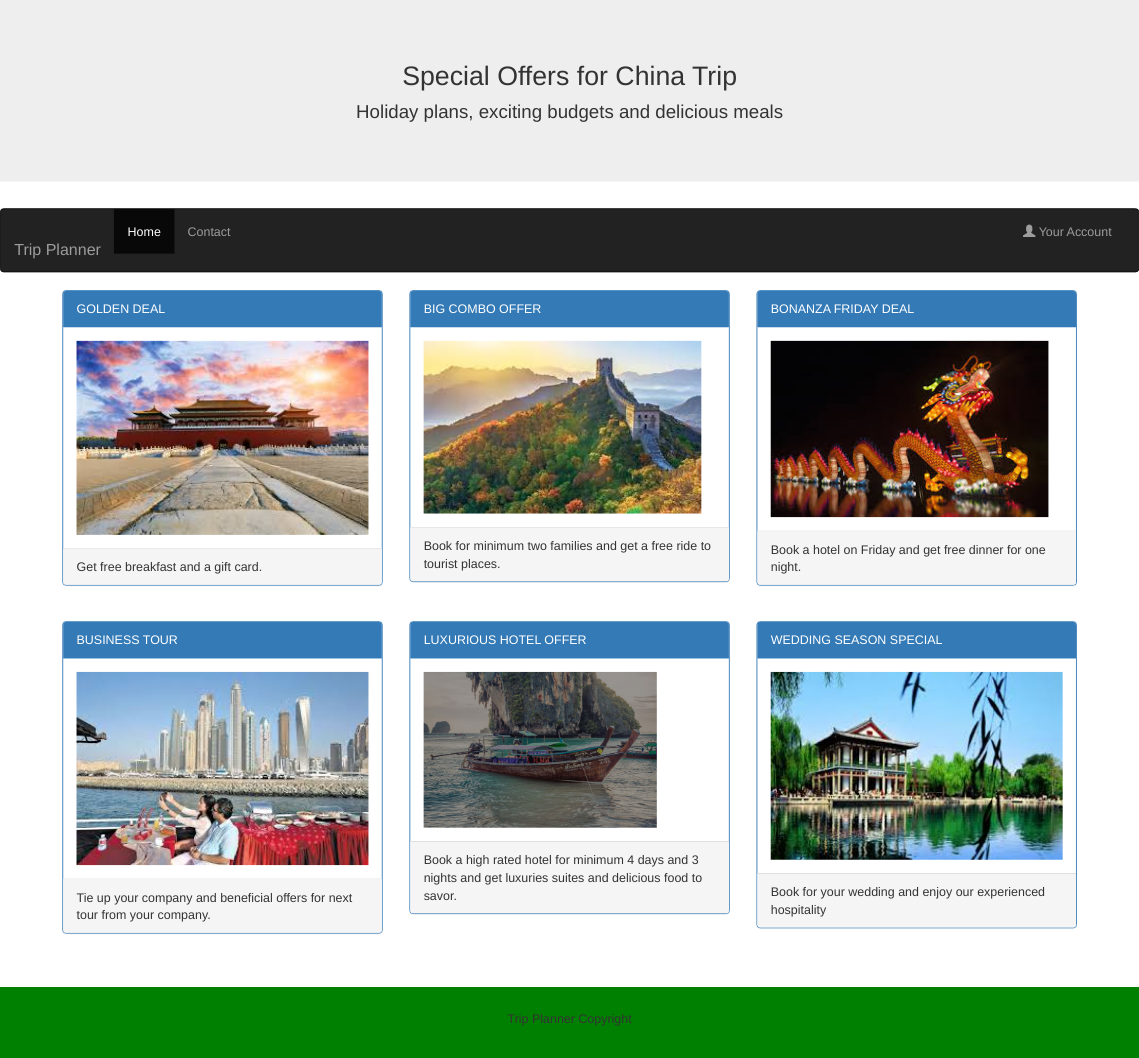
Repository: NanSin21/Mytourism-Website
Page: http://localhost/toursandtravelsmanagement/TripPlaces/CustomerSahara.jsp
An editor plug-in stored every save of this project. The page is shown before and after the next save, followed by the edit.
The browser window is 1280 px wide. The pictures show the whole page, at 89% of full size.
The page is served by Tomcat 9.

Above is the page before, as saved 2018-07-25 07:03:34.

After the next save:
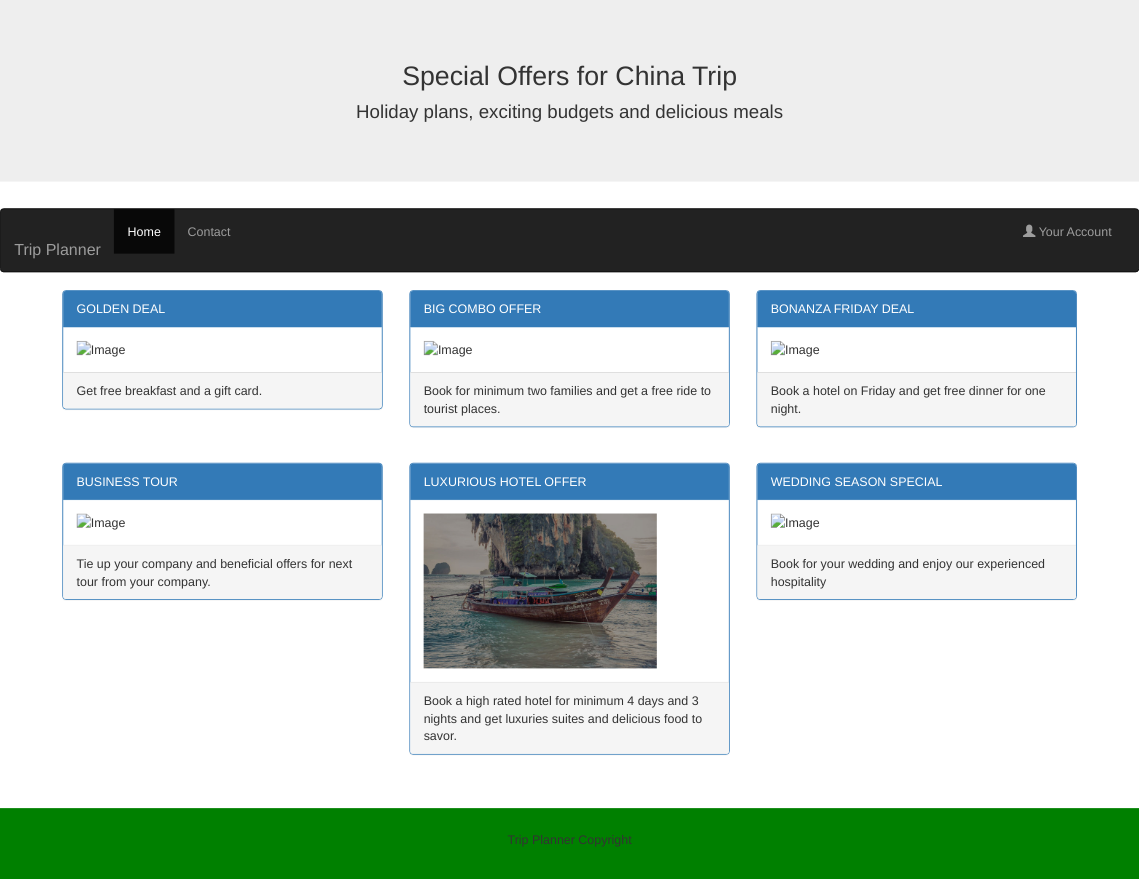
Saved 3 s later.
--- a/toursandtravelsmanagement/WebContent/TripPlaces/CustomerSahara.jsp
+++ b/toursandtravelsmanagement/WebContent/TripPlaces/CustomerSahara.jsp
@@ -65,21 +65,21 @@
     <div class="col-sm-4">
       <div class="panel panel-primary">
         <div class="panel-heading">GOLDEN DEAL</div>
-        <div class="panel-body"><img src="images/download.jpeg" class="img-responsive" style="width:100%" alt="Image"></div>
+        <div class="panel-body"><img src="" class="img-responsive" style="width:100%" alt="Image"></div>
         <div class="panel-footer">Get free breakfast and a gift card.</div>
       </div>
     </div>
     <div class="col-sm-4">
       <div class="panel panel-primary">
         <div class="panel-heading">BIG COMBO OFFER</div>
-        <div class="panel-body"><img src="images/download (1).jpeg" class="img-responsive" style="width:95%" alt="Image"></div>
+        <div class="panel-body"><img src="" class="img-responsive" style="width:95%" alt="Image"></div>
         <div class="panel-footer">Book for minimum two families and get a free ride to tourist places.</div>
       </div>
     </div>
     <div class="col-sm-4">
       <div class="panel panel-primary">
         <div class="panel-heading">BONANZA FRIDAY DEAL</div>
-        <div class="panel-body"><img src="images/download (2).jpeg" class="img-responsive" style="width:95%" alt="Image"></div>
+        <div class="panel-body"><img src="" class="img-responsive" style="width:95%" alt="Image"></div>
         <div class="panel-footer">Book a hotel on Friday and get free dinner for one night.</div>
       </div>
     </div>
@@ -91,7 +91,7 @@
     <div class="col-sm-4">
       <div class="panel panel-primary">
         <div class="panel-heading">BUSINESS TOUR</div>
-        <div class="panel-body"><img src="images/restaurant.jpeg" class="img-responsive" style="width:100%" alt="Image"></div>
+        <div class="panel-body"><img src="" class="img-responsive" style="width:100%" alt="Image"></div>
         <div class="panel-footer">Tie up your company and beneficial offers for next tour from your company.</div>
       </div>
     </div>
@@ -105,7 +105,7 @@
     <div class="col-sm-4">
       <div class="panel panel-primary">
         <div class="panel-heading">WEDDING SEASON SPECIAL</div>
-        <div class="panel-body"><img src="images/resort.jpeg" class="img-responsive" style="width:100%" alt="Image"></div>
+        <div class="panel-body"><img src="" class="img-responsive" style="width:100%" alt="Image"></div>
         <div class="panel-footer">Book for your wedding and enjoy our experienced hospitality</div>
       </div>
     </div>
